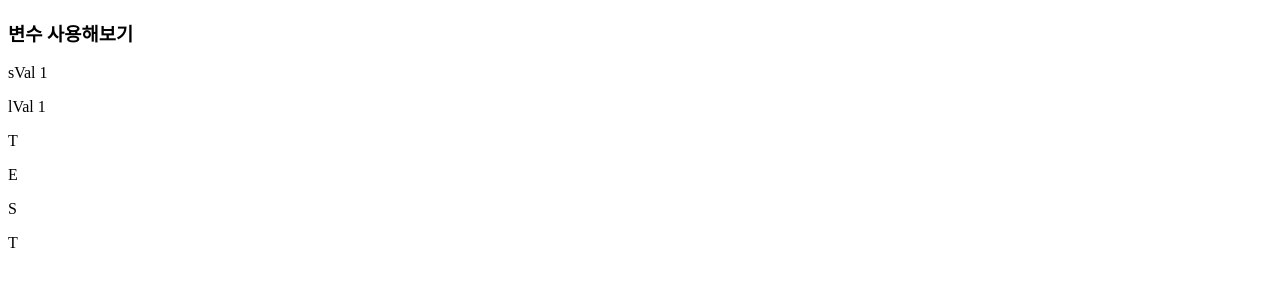
Repository: kvmhyvmvn/Study_JspServlet
Page: http://localhost/03.Tag/01.Script/Ex01Var.jsp
These files come from the project's save history. The page is drawn as it stood at one moment and after the next save; the edit follows.
The browser window is 1280 px wide. The pictures show the whole page.
The page is served by Tomcat 9.

Above is the page before, as saved 2023-05-19 01:39:51.

After the next save:
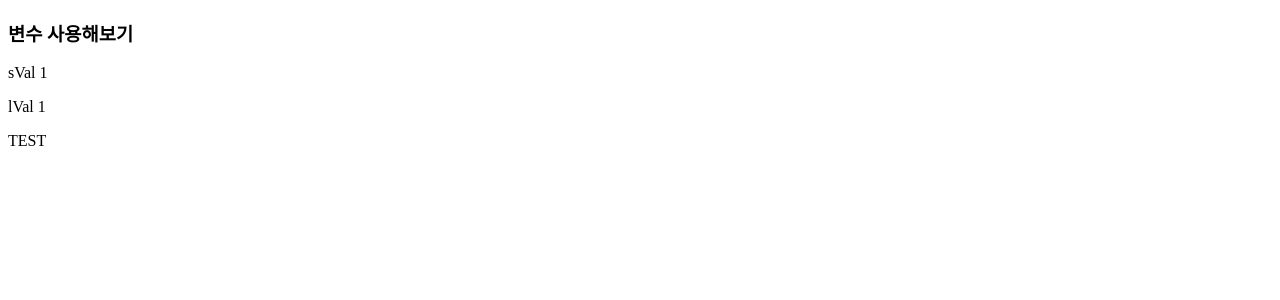
Saved 43 s later.
--- a/WorkSpace/03.Tag/src/main/webapp/01.Script/Ex01Var.jsp
+++ b/WorkSpace/03.Tag/src/main/webapp/01.Script/Ex01Var.jsp
@@ -18,11 +18,7 @@
 	 정답 : 배열을 만든 후 jsp페이지에 T E S T가 각각 배열을 이용해서 출력되면 된다.
 	  -->
 	  <% String[] strArr = {"T", "E", "S", "T"}; %>
-	  <p><%=strArr[0] %></p>
-	  <p><%=strArr[1] %></p>
-	  <p><%=strArr[2] %></p>
-	  <p><%=strArr[3] %></p>
-
+	  <p><%=strArr[0] + strArr[1] + strArr[2] + strArr[3] %></p>
 
 </body>
 </html>
